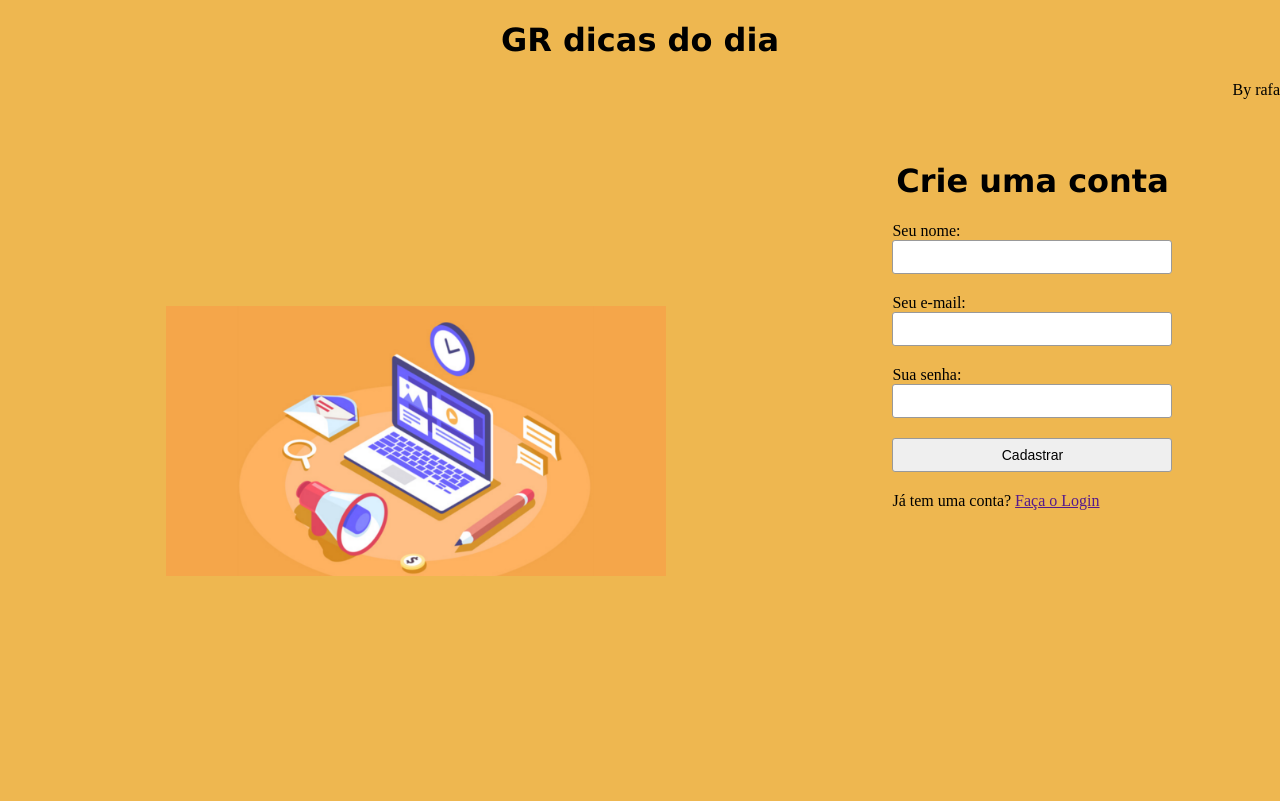
Repository: rafavirginio/tela-de-login
Page: index.html
An editor plug-in stored every save of this project. The page is shown before and after the next save, followed by the edit.
The browser window is 1280 px wide. The pictures show the whole page.

Above is the page before, as saved 2020-09-17 14:42:01.

After the next save:
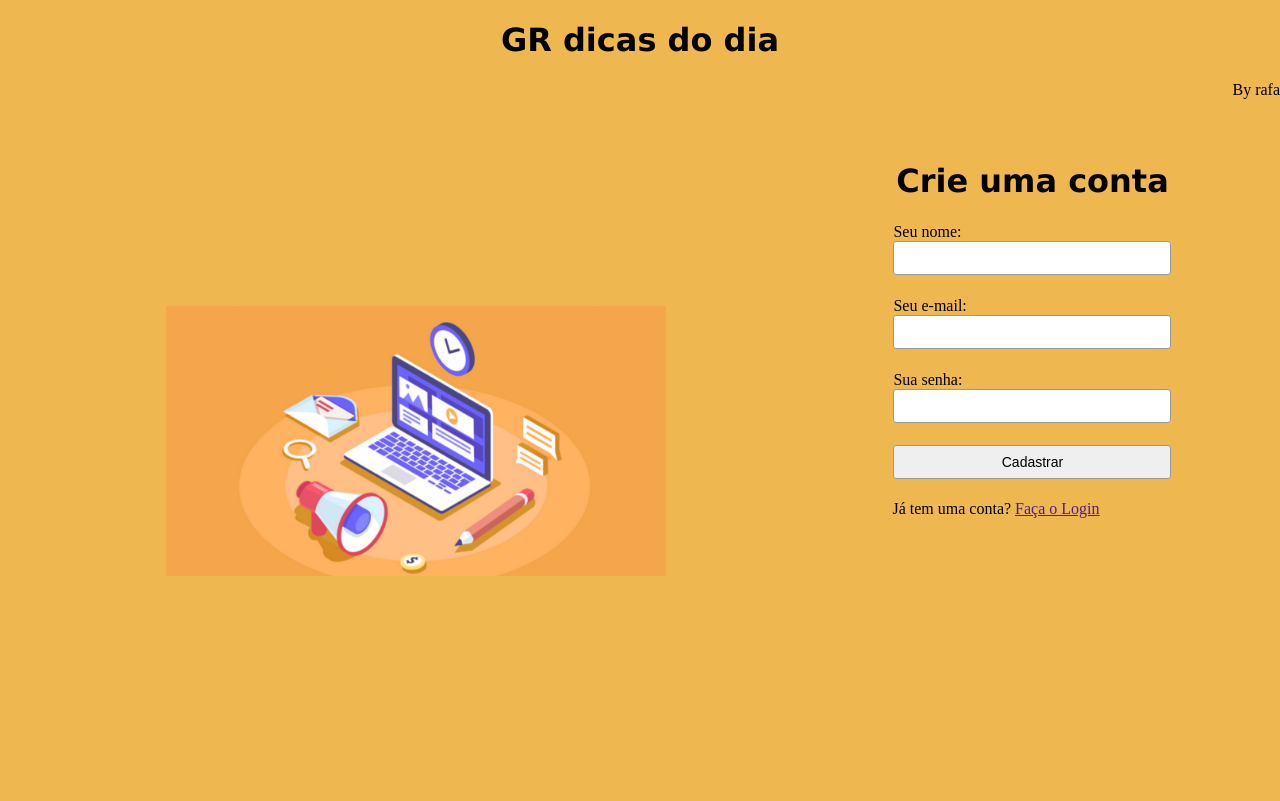
Saved 25 s later.
--- a/style.css
+++ b/style.css
@@ -46,6 +46,7 @@
 .rightside label {
     display: block;
     margin-bottom: 20px;
+    padding: 1px;
 }
 
 .rightside input {

After the save that followed:
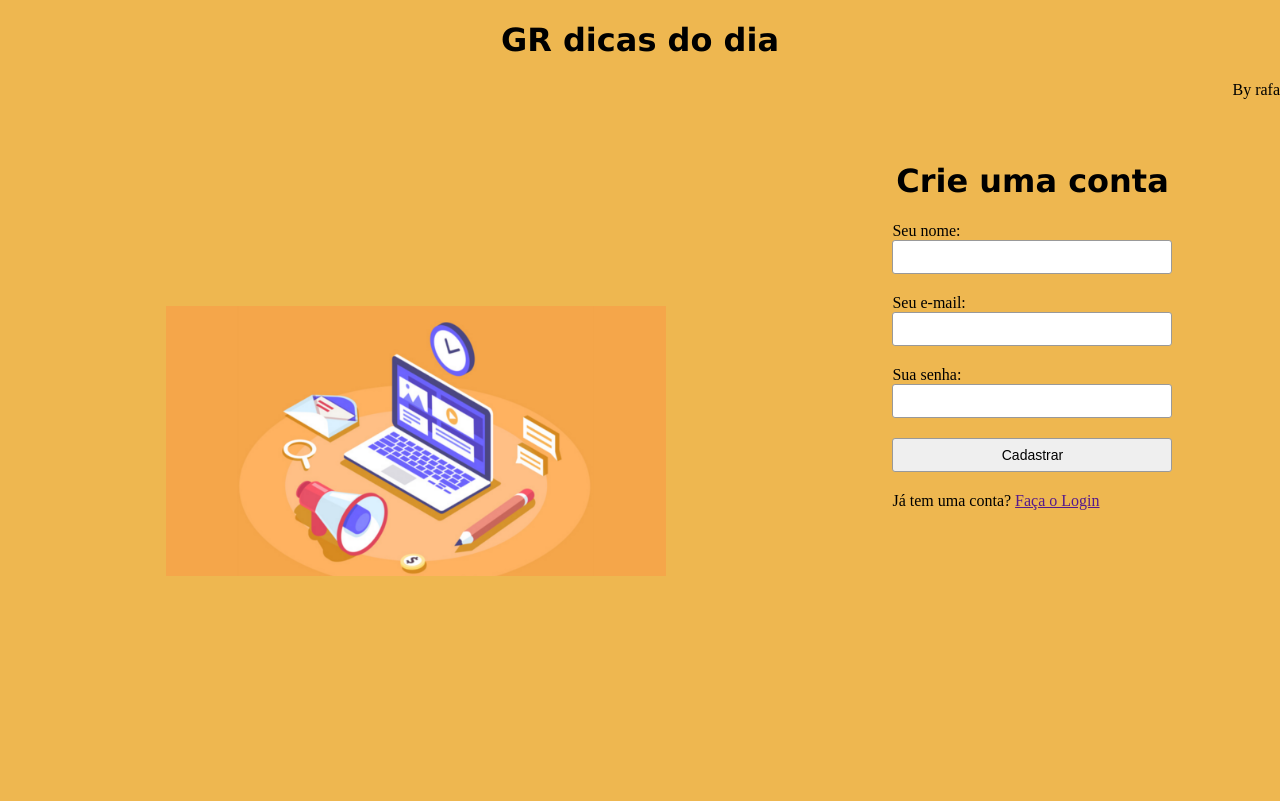
Saved 32 s later.
--- a/style.css
+++ b/style.css
@@ -46,7 +46,7 @@
 .rightside label {
     display: block;
     margin-bottom: 20px;
-    padding: 1px;
+    border: 1rem;
 }
 
 .rightside input {
